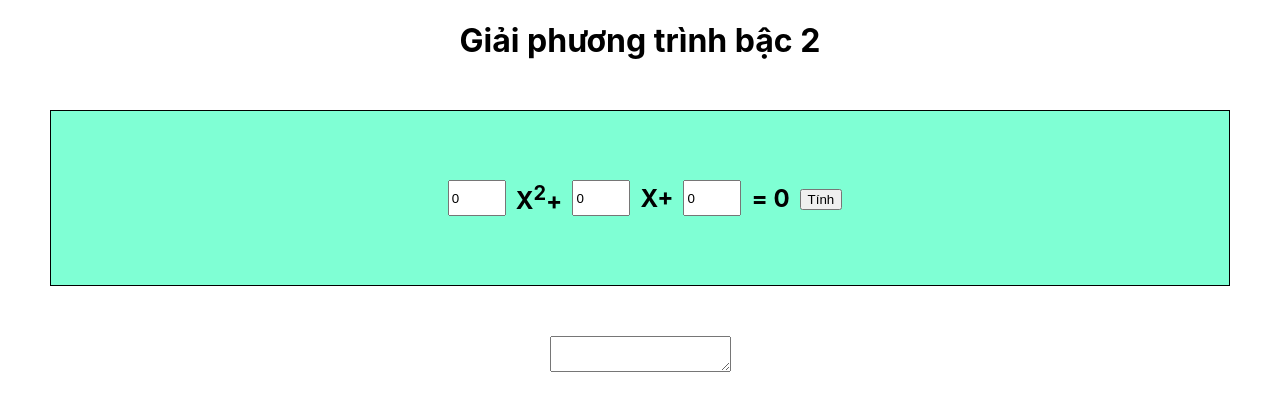
Repository: Trinvm1997/ReactExercise
Page: / (app in quadratic_equation/)
The author's editor kept a copy of each file at every save. The page is drawn from the files as they stood at one save, then again after the next save.
The browser window is 1280 px wide. The pictures show the whole page.
The project was rebuilt for these pictures with package versions that can differ from the ones it lists, and the page was loaded fresh each time.

Above is the page before, as saved 2020-12-24 10:40:44.

### quadratic_equation/src/App.js
import './App.css';
import React, { Component } from 'react';

class App extends Component {
  constructor(props) {
    super(props);
    this.state = {
      inputA:0,
      inputB:0,
      inputC:0,
      result:""

    };
    this.handleChange = this.handleChange.bind(this);
    this.handleSubmit = this.handleSubmit.bind(this);

  }

  handleChange(event) {
    const value = event.target.value;
    const name = event.target.name;
    this.setState({
      [name]: value
    });
  }

  handleSubmit(event) {
    event.preventDefault();
    if(this.state.inputA === 0) {
      this.setState({
        result: `Phương trình có một nghiệm đơn x = ${-this.state.inputB/(2*this.state.inputA)}`
      })
    }
    else if(Math.pow(this.state.inputB,2) - 4*this.state.inputA*this.state.inputC < 0){
      this.setState({
          x1: "undefined",
          x2: "undefined"
        });
    }
    else if(Math.pow(this.state.inputB,2) - 4*this.state.inputA*this.state.inputC === 0){

    }
    else{
      this.setState({
      x1: (- this.state.inputB + Math.sqrt(Math.pow(this.state.inputB,2) - 4*this.state.inputA*this.state.inputC))/(2*this.state.inputA),
      x2: (- this.state.inputB - Math.sqrt(Math.pow(this.state.inputB,2) - 4*this.state.inputA*this.state.inputC))/(2*this.state.inputA)
    });
  }
}

  render() {
    return (
      <div className="App">
        <h1>Giải phương trình bậc 2 </h1>
        <form>
          <input type="number" name="inputA" value={this.state.inputA} onChange={this.handleChange}></input>
          <h2>X<sup>2</sup>+</h2>
          <input type="number" name="inputB" value={this.state.inputB} onChange={this.handleChange}></input>
          <h2>X+</h2>
          <input type="number" name="inputC" value={this.state.inputC} onChange={this.handleChange}></input>
          <h2>= 0</h2>
          <button onClick={this.handleSubmit}>Tính</button>
        </form>
        <textarea>{this.state.result}</textarea>
      </div>
    );
  }
}

export default App;

### quadratic_equation/src/App.css
.App {
  text-align: center;
}

.App-logo {
  height: 40vmin;
  pointer-events: none;
}

@media (prefers-reduced-motion: no-preference) {
  .App-logo {
    animation: App-logo-spin infinite 20s linear;
  }
}

.App-header {
  background-color: #282c34;
  min-height: 100vh;
  display: flex;
  flex-direction: column;
  align-items: center;
  justify-content: center;
  font-size: calc(10px + 2vmin);
  color: white;
}

.App-link {
  color: #61dafb;
}

form {
  display: flex;
  justify-content: center;
  border: 1px solid black;
  margin: 50px;
  padding: 50px;
  align-items: center;
  background-color: aquamarine;
}

form input {
  margin-left: 10px;
  margin-right: 10px;
}

input {
  width: 50px;
  height: 30px;
}

button {
  margin-left: 10px;
  cursor: pointer;
  margin-top: 3px;
}

@keyframes App-logo-spin {
  from {
    transform: rotate(0deg);
  }
  to {
    transform: rotate(360deg);
  }
}

Loaded but not shown: quadratic_equation/public/index.html (common file); quadratic_equation/src/index.js (common file); quadratic_equation/src/index.css (common file); quadratic_equation/src/reportWebVitals.js (common file)

After the next save:
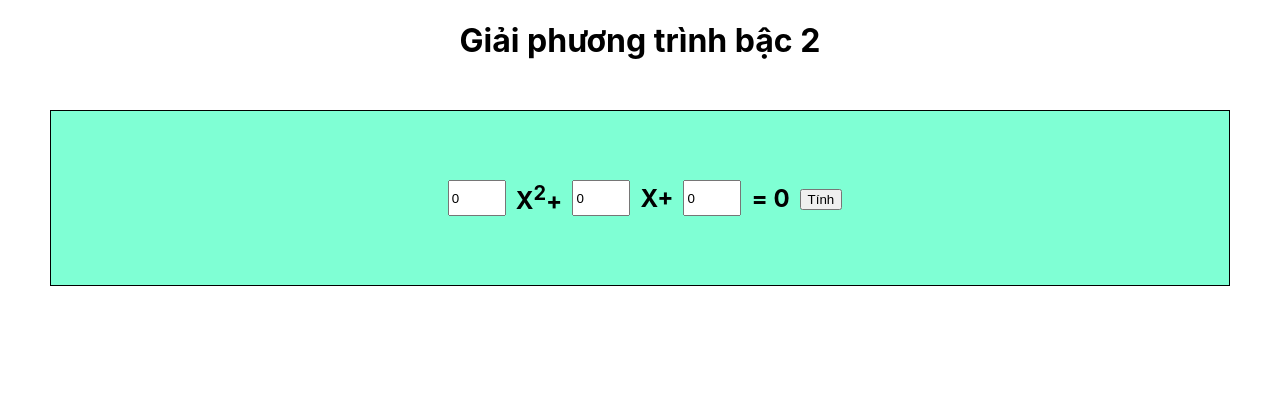
Saved 36 s later.
--- a/quadratic_equation/src/App.js
+++ b/quadratic_equation/src/App.js
@@ -61,7 +61,7 @@ class App extends Component {
           <h2>= 0</h2>
           <button onClick={this.handleSubmit}>Tính</button>
         </form>
-        <textarea>{this.state.result}</textarea>
+        <h2>{this.state.result}</h2>
       </div>
     );
   }
